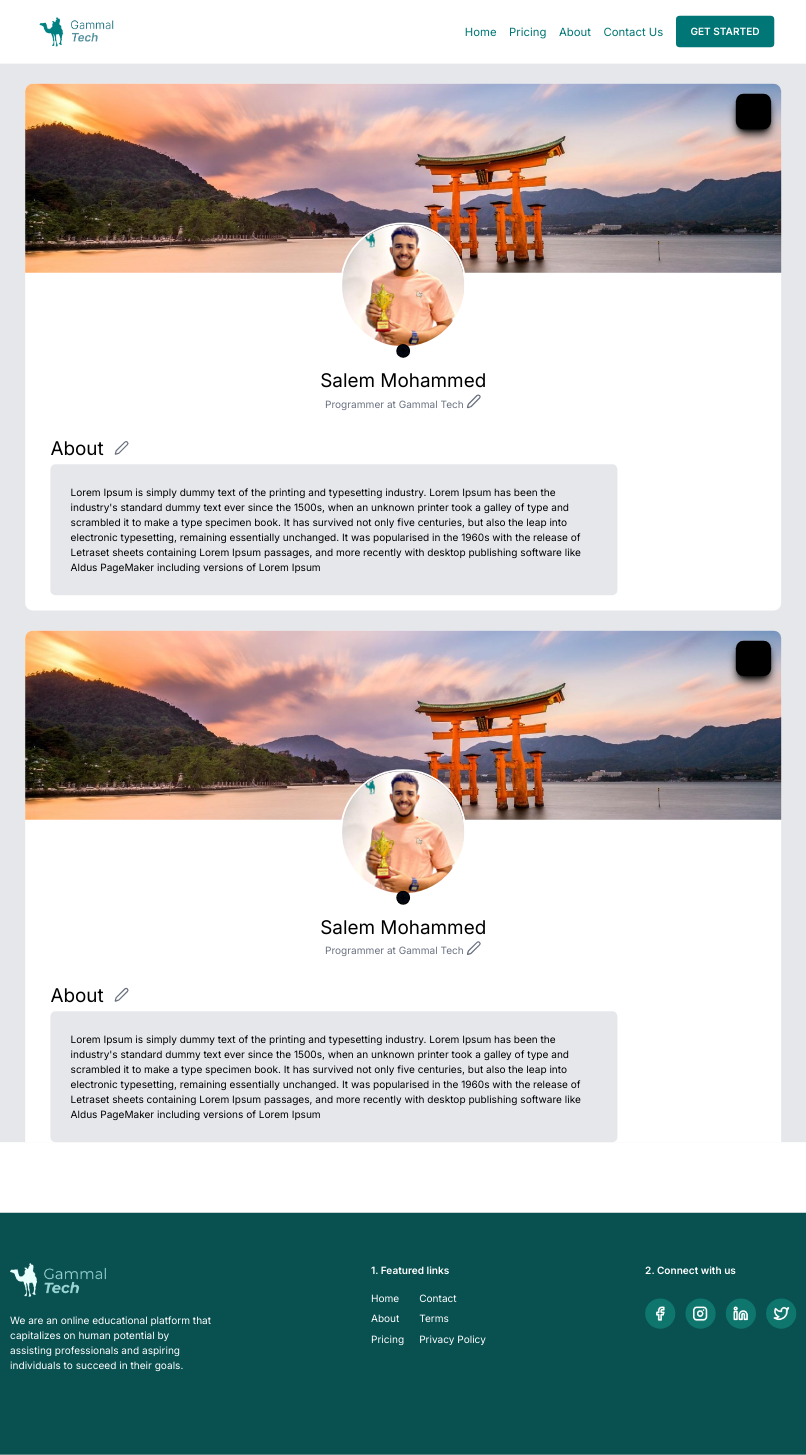
Repository: Ahmed77669/Internship-test
Page: /profile
These files come from the project's save history. The page is drawn as it stood at one moment and after the next save; the edit follows.
The browser window is 1280 px wide. The pictures show the whole page, at 63% of full size.
The page's requests for data from a server got no answer. The project was rebuilt for these pictures with package versions that can differ from the ones it lists, and the page was loaded fresh each time. The framework's server and built-in components were replaced by stand-ins that run in the browser. No one was signed in, and anything a server would have sent is missing. Also part of the build but not shown: next.config.mjs, components/Header/NavBarAuth.tsx.

Above is the page before, as saved 2024-10-25 20:12:05.

### app/layout.tsx
import type { Metadata } from "next";
import localFont from "next/font/local";
import "@/app/styles/globals.css";
import NavBarHome from "@/components/Header/Navbar";
import NavBarAuth from "@/components/Header/NavBarAuth";
import { Inter } from "next/font/google";
import Footer from "@/components/Footer/Footer";
import { cookies } from "next/headers";

const inter = Inter({
  subsets: ["latin"],
});
const geistSans = localFont({
  src: "./fonts/GeistVF.woff",
  variable: "--font-geist-sans",
  weight: "100 900",
});
const geistMono = localFont({
  src: "./fonts/GeistMonoVF.woff",
  variable: "--font-geist-mono",
  weight: "100 900",
});

export const metadata: Metadata = {
  title: "Gammal Tech Exam",
  description: "Generated by create next app",
};

export default function RootLayout({
  children,
}: Readonly<{
  children: React.ReactNode;
}>) {
  const cookieStore = cookies();
  const isAuthenticated = cookieStore.get("isAuthenticated")?.value === "true";
  return (
    <html lang="en">
      <body
        className={`${geistSans.variable} ${geistMono.variable} antialiased ${inter.className}`}
      >
        {isAuthenticated ? <NavBarAuth /> : <NavBarHome />}
        {children}
        <Footer />
      </body>
    </html>
  );
}

### app/profile/page.tsx
import React from 'react'
import Profile from '@/components/Profile/Profile'
const profile = () => {
  return (
    <Profile />
  )
}

export default profile

### app/styles/globals.css
@tailwind base;
@tailwind components;
@tailwind utilities;

:root {
  --background: #ffffff;
  /* --foreground: #171717; */
}

@media (prefers-color-scheme: dark) {
  :root {
    /* --background: #0a0a0a; */
    --foreground: #ededed;
  }
}

body {
  color: var(--foreground);
  background: var(--background);
  font-family: Arial, Helvetica, sans-serif;
}

@layer utilities {
  .text-balance {
    text-wrap: balance;
  }
}

### components/Header/Navbar.tsx
"use client";
import React, { useEffect, useState } from "react";
import GT_logo from "@/public/gammalTech-logos/Component 6.png";
import Link from "next/link";
import Image from "next/image";
import { Menu } from "lucide-react";
import { X } from "lucide-react";
import { AnimatePresence, motion } from "framer-motion";

export default function NavBarHome() {
  const [isMenuOpen, setIsMenuOpen] = useState(false);
  const toggleMenu = () => {
    setIsMenuOpen((prev) => !prev);
  };

  useEffect(() => {
    const handleResize = () => {
      if (window.innerWidth > 1024) {
        setIsMenuOpen(false);
      }
    };

    window.addEventListener("resize", handleResize);
    return () => {
      window.removeEventListener("resize", handleResize);
    };
  }, []);

  return (
    <div className={`py-5 container mx-auto w-[92%]`}>
      <nav className="relative">
        <ul className="flex justify-between items-center">
          <li className="min-w-[152px]">
            <Link href="/">
              <Image
                src={GT_logo}
                alt="Gammal Tech Logo"
                width={130}
                className="cursor-pointer"
              />
            </Link>
          </li>
          <div className="hidden md:flex space-x-5">
            <Link
              href="/"
              className="text-[#007676] text-[18px] font-normal flex items-center"
            >
              Home
            </Link>
            <Link
              href="/pricing"
              className="text-[#007676] text-[18px] font-normal flex items-center"
            >
              Pricing
            </Link>
            <Link
              href="https://www.gammal.tech/"
              className="text-[#007676] text-[18px] font-normal flex items-center"
            >
              About
            </Link>
            <Link
              href="#"
              className="text-[#007676] text-[18px] font-normal flex items-center"
            >
              Contact Us
            </Link>
            <Link href="/signup">
              <button className="bg-[#007676] text-white rounded-md w-[156px] h-[50px] text-[16px] font-semibold  py-1 px-3 transition-all duration-300 ease-in-out hover:bg-[#005555] hover:shadow-lg">
                GET STARTED
              </button>
            </Link>
          </div>
          <div className="md:hidden flex items-center">
            <button
              onClick={toggleMenu}
              className="text-[#007676] focus:outline-none"
            >
              {isMenuOpen ? null : (
                <Menu size={40} color="#007676" strokeWidth={2} />
              )}
            </button>
          </div>
        </ul>

        <AnimatePresence>
          {isMenuOpen && (
            <motion.div
              initial={{ opacity: 0, y: -100 }}
              animate={{ opacity: 1, y: 0 }}
              exit={{ opacity: 0, y: -100 }}
              transition={{ duration: 0.5 }}
              className="fixed inset-0 bg-white z-50 overflow-y-auto"
            >
              <div className="flex flex-col items-center justify-center min-h-screen p-4">
                <button
                  onClick={toggleMenu}
                  className="absolute top-4 right-4 text-[#007676]"
                  aria-label="Close menu"
                >
                  <X size={40} color="#007676" strokeWidth={2} />
                </button>
                <nav className="w-full max-w-md">
                  <Link
                    href="/"
                    className="block text-[#007676] text-lg font-semibold hover:bg-[#f0f0f0] transition duration-200 p-3 rounded-lg text-center w-full"
                    onClick={toggleMenu}
                  >
                    Home
                  </Link>
                  <Link
                    href="/pricing"
                    className="block text-[#007676] text-lg font-semibold hover:bg-[#f0f0f0] transition duration-200 p-3 rounded-lg text-center w-full"
                    onClick={toggleMenu}
                  >
                    Pricing
                  </Link>

                  <Link
                    href="/about"
                    className="block text-[#007676] text-lg font-semibold hover:bg-[#f0f0f0] transition duration-200 p-3 rounded-lg text-center w-full"
                    onClick={toggleMenu}
                  >
                    About
                  </Link>
                  <Link
                    href="#"
                    className="block text-[#007676] text-lg font-semibold hover:bg-[#f0f0f0] transition duration-200 p-3 rounded-lg text-center w-full"
                    onClick={toggleMenu}
                  >
                    Contact Us
                  </Link>
                  <Link href="/signup">
                    <button
                      className="mt-4 bg-[#007676] text-white text-lg font-semibold py-2 px-6 rounded-lg hover:bg-[#005c5c] transition duration-200 w-full"
                      onClick={toggleMenu}
                    >
                      GET STARTED
                    </button>
                  </Link>
                </nav>
              </div>
            </motion.div>
          )}
        </AnimatePresence>
      </nav>
    </div>
  );
}

### components/Footer/Footer.tsx
import React from "react";
import Image from "next/image";
import footerLogo from "@/public/gammalTech-logos/footer-logo.png";
import Link from "next/link";
import linkdin from "@/public/socialmediaIcons/linkdin.png";
import facebook from "@/public/socialmediaIcons/Facebook.png";
import instagram from "@/public/socialmediaIcons/Instagram.png";
import twitter from "@/public/socialmediaIcons/Twitter.png";

const Footer = () => {
  return (
    <section className="bg-[#095051] py-20 min-h-96 h-auto">
      <div className="container mx-auto px-4 ">
        <div className="flex justify-between flex-wrap ">
          <div className="mb-10">
            <div className="mb-6">
              <Image src={footerLogo} alt="Gammal Tech Logo" width={152} />
            </div>
            <div className="text-white w-80">
              We are an online educational platform that capitalizes on human
              potential by assisting professionals and aspiring individuals to
              succeed in their goals.
            </div>
          </div>

          <div className="text-white flex flex-col mb-10">
  <p className="font-semibold mb-5">1. Featured links</p>
  <div className="flex justify-between">
    {/* First column of links */}
    <div className="flex flex-col space-y-2 mr-6">
      <Link href="/">Home</Link>
      <Link href="https://www.gammal.tech/">About</Link>
      <Link href="/pricing">Pricing</Link>
    </div>

    {/* Second column of links */}
    <div className="flex flex-col space-y-2">
      <Link href="#">Contact</Link>
      <Link href="#">Terms</Link>
      <Link href="#">Privacy Policy</Link>
    </div>
  </div>
</div>


          <div>
            <p className="text-white font-semibold mb-8">2. Connect with us</p>
            <div className="flex space-x-4">
              <Link
                href="https://www.facebook.com/gammal.tech/?locale=ar_AR"
                passHref
                target="_blank"
              >
                <div className="w-12 h-12 bg-teal-700 rounded-full flex items-center justify-center cursor-pointer">
                  <Image src={facebook} alt="Facebook Logo" />
                </div>
              </Link>
              <Link
                href="https://www.instagram.com/gammal.tech/?hl=ar"
                passHref
                target="_blank"
              >
                <div className="w-12 h-12 bg-teal-700 rounded-full flex items-center justify-center cursor-pointer">
                  <Image src={instagram} alt="Instagram Logo" />
                </div>
              </Link>
              <Link
                href="https://www.linkedin.com/company/gammal-tech/"
                passHref
                target="_blank"
              >
                <div className="w-12 h-12 bg-teal-700 rounded-full flex items-center justify-center cursor-pointer">
                  <Image src={linkdin} alt="LinkedIn Logo" />
                </div>
              </Link>
              <Link
                href="https://x.com/gammaltech?lang=ar"
                passHref
                target="_blank"
              >
                <div className="w-12 h-12 bg-teal-700 rounded-full flex items-center justify-center cursor-pointer">
                  <Image src={twitter} alt="Twitter Logo" />
                </div>
              </Link>
            </div>
          </div>
        </div>
      </div>
    </section>
  );
};

export default Footer;

### components/Profile/Profile.tsx
import React from "react";
import Image from "next/image";
import selectedImage from "@/public/coders photos/coder2.jpg";
import popoo from "@/public/popoo.jpg";
import { Pen, PlusCircle } from "lucide-react";

const Profile = () => {
  return (
    <section className="bg-gray-200 mb-28 ">
      <div className="flex justify-center container mx-auto">
        <div className="w-[1200px]  bg-white rounded-xl mt-8 pb-6">
          <div
            className="w-full h-[300px] mb-5 rounded-t-xl flex justify-end"
            style={{
              backgroundImage: "url('/popoo.jpg')",
              backgroundSize: "cover",
              backgroundPosition: "center",
              backgroundRepeat: "no-repeat",
            }}
          >
            <button className="bg-[#000000] w-14 h-14 shadow-black shadow-lg flex items-center justify-center rounded-xl cursor-pointer m-4 transition-all duration-200 active:scale-95 active:rounded-full active:bg-[#000000]">
              <Pen />
            </button>
          </div>

          <div className="flex flex-col items-center -mt-[100px] mb-10">
            <Image
              src={selectedImage}
              alt="Profile Avatar"
              width={200}
              height={200}
              style={{
                width: "200px",
                height: "200px",
                borderRadius: "300px",
                objectFit: "cover",
                border: "3px white solid",
              }}
            />
            <PlusCircle className="relative -inset-y-2 fill-gray-950 " />
            <p className="text-black text-3xl mt-2">Salem Mohammed</p>
            <div className="flex">
              <p className="text-gray-500 text-[16px] mt-2 mr-1">
                Programmer at Gammal Tech
              </p>
              <Pen className="text-lg mt-1 text-gray-500 cursor-pointer" />
            </div>
          </div>
          <div className="flex">
            <div className="text-black text-3xl ml-10 mr-4 mb-2">About</div>
            <Pen className="text-lg mt-[6px]  text-gray-500 cursor-pointer" />
          </div>
          <div className="bg-gray-200 p-8 rounded-lg w-3/4 ml-10">
            <p className="text-black">
              Lorem Ipsum is simply dummy text of the printing and typesetting
              industry. Lorem Ipsum has been the industry's standard dummy text
              ever since the 1500s, when an unknown printer took a galley of
              type and scrambled it to make a type specimen book. It has
              survived not only five centuries, but also the leap into
              electronic typesetting, remaining essentially unchanged. It was
              popularised in the 1960s with the release of Letraset sheets
              containing Lorem Ipsum passages, and more recently with desktop
              publishing software like Aldus PageMaker including versions of
              Lorem Ipsum
            </p>
          </div>
        </div>
      </div>

      <div className="flex justify-center container mx-auto">
        <div className="w-[1200px]  bg-white rounded-t-xl mt-8">
          <div
            className="w-full h-[300px] mb-5 rounded-t-xl flex justify-end"
            style={{
              backgroundImage: "url('/popoo.jpg')",
              backgroundSize: "cover",
              backgroundPosition: "center",
              backgroundRepeat: "no-repeat",
            }}
          >
            <button className="bg-[#000000] w-14 h-14 shadow-black shadow-lg flex items-center justify-center rounded-xl cursor-pointer m-4 transition-all duration-200 active:scale-95 active:rounded-full active:bg-[#000000]">
              <Pen />
            </button>
          </div>

          <div className="flex flex-col items-center -mt-[100px] mb-10">
            <Image
              src={selectedImage}
              alt="Profile Avatar"
              width={200}
              height={200}
              style={{
                width: "200px",
                height: "200px",
                borderRadius: "300px",
                objectFit: "cover",
                border: "3px white solid",
              }}
            />
            <PlusCircle className="relative -inset-y-2 fill-gray-950 " />
            <p className="text-black text-3xl mt-2">Salem Mohammed</p>
            <div className="flex">
              <p className="text-gray-500 text-[16px] mt-2 mr-1">
                Programmer at Gammal Tech
              </p>
              <Pen className="text-lg mt-1 text-gray-500 cursor-pointer" />
            </div>
          </div>
          <div className="flex">
            <div className="text-black text-3xl ml-10 mr-4 mb-2">About</div>
            <Pen className="text-lg mt-[6px]  text-gray-500 cursor-pointer" />
          </div>
          <div className="bg-gray-200 p-8 rounded-lg w-3/4 ml-10">
            <p className="text-black">
              Lorem Ipsum is simply dummy text of the printing and typesetting
              industry. Lorem Ipsum has been the industry's standard dummy text
              ever since the 1500s, when an unknown printer took a galley of
              type and scrambled it to make a type specimen book. It has
              survived not only five centuries, but also the leap into
              electronic typesetting, remaining essentially unchanged. It was
              popularised in the 1960s with the release of Letraset sheets
              containing Lorem Ipsum passages, and more recently with desktop
              publishing software like Aldus PageMaker including versions of
              Lorem Ipsum
            </p>
          </div>
        </div>
      </div>
    </section>
  );
};

export default Profile;

### tailwind.config.js
/** @type {import('tailwindcss').Config} */
module.exports = {
  content: [
    './components/**/*.{js,ts,jsx,tsx}',
    './app/**/*.{js,ts,jsx,tsx}',
    './middleware.ts'
  ],
  theme: {
    extend: {},
  },
  plugins: [],
}

After the next save:
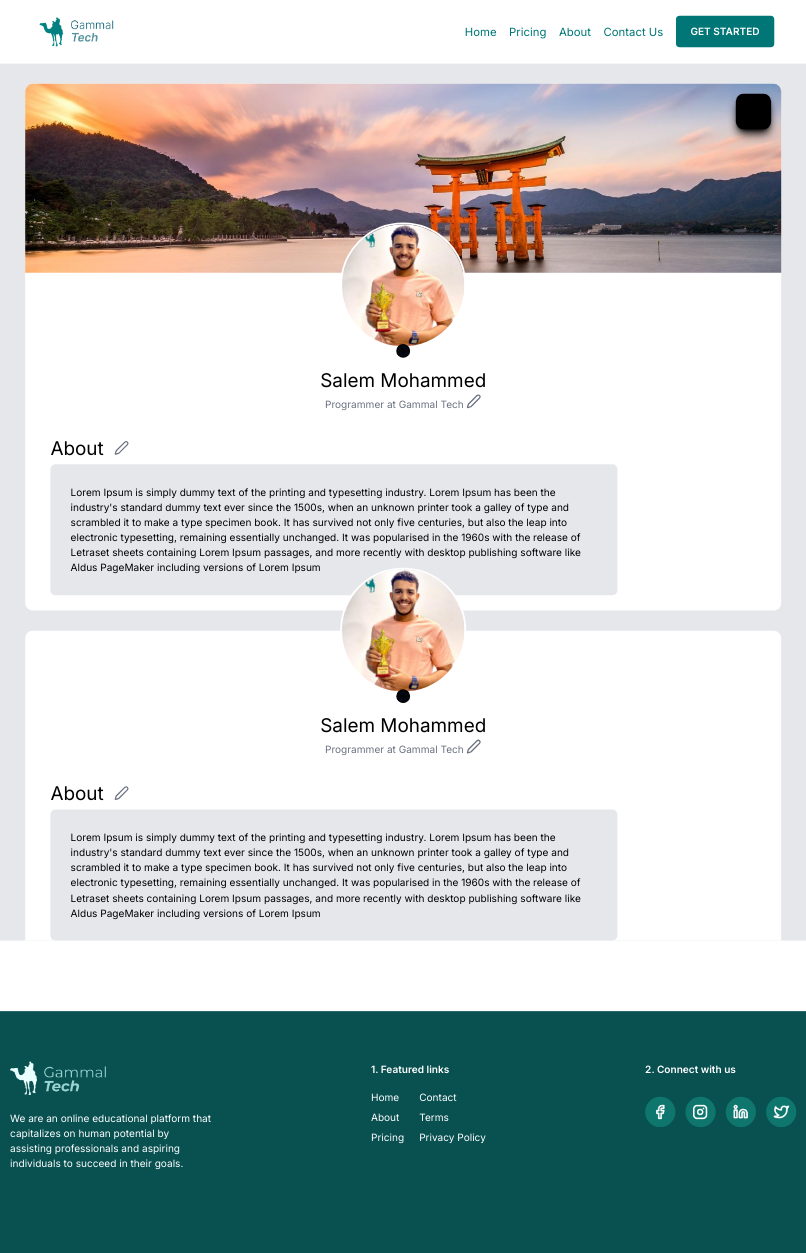
Saved 63 s later.
--- a/components/Profile/Profile.tsx
+++ b/components/Profile/Profile.tsx
@@ -69,19 +69,7 @@ const Profile = () => {
 
       <div className="flex justify-center container mx-auto">
         <div className="w-[1200px]  bg-white rounded-t-xl mt-8">
-          <div
-            className="w-full h-[300px] mb-5 rounded-t-xl flex justify-end"
-            style={{
-              backgroundImage: "url('/popoo.jpg')",
-              backgroundSize: "cover",
-              backgroundPosition: "center",
-              backgroundRepeat: "no-repeat",
-            }}
-          >
-            <button className="bg-[#000000] w-14 h-14 shadow-black shadow-lg flex items-center justify-center rounded-xl cursor-pointer m-4 transition-all duration-200 active:scale-95 active:rounded-full active:bg-[#000000]">
-              <Pen />
-            </button>
-          </div>
+
 
           <div className="flex flex-col items-center -mt-[100px] mb-10">
             <Image
